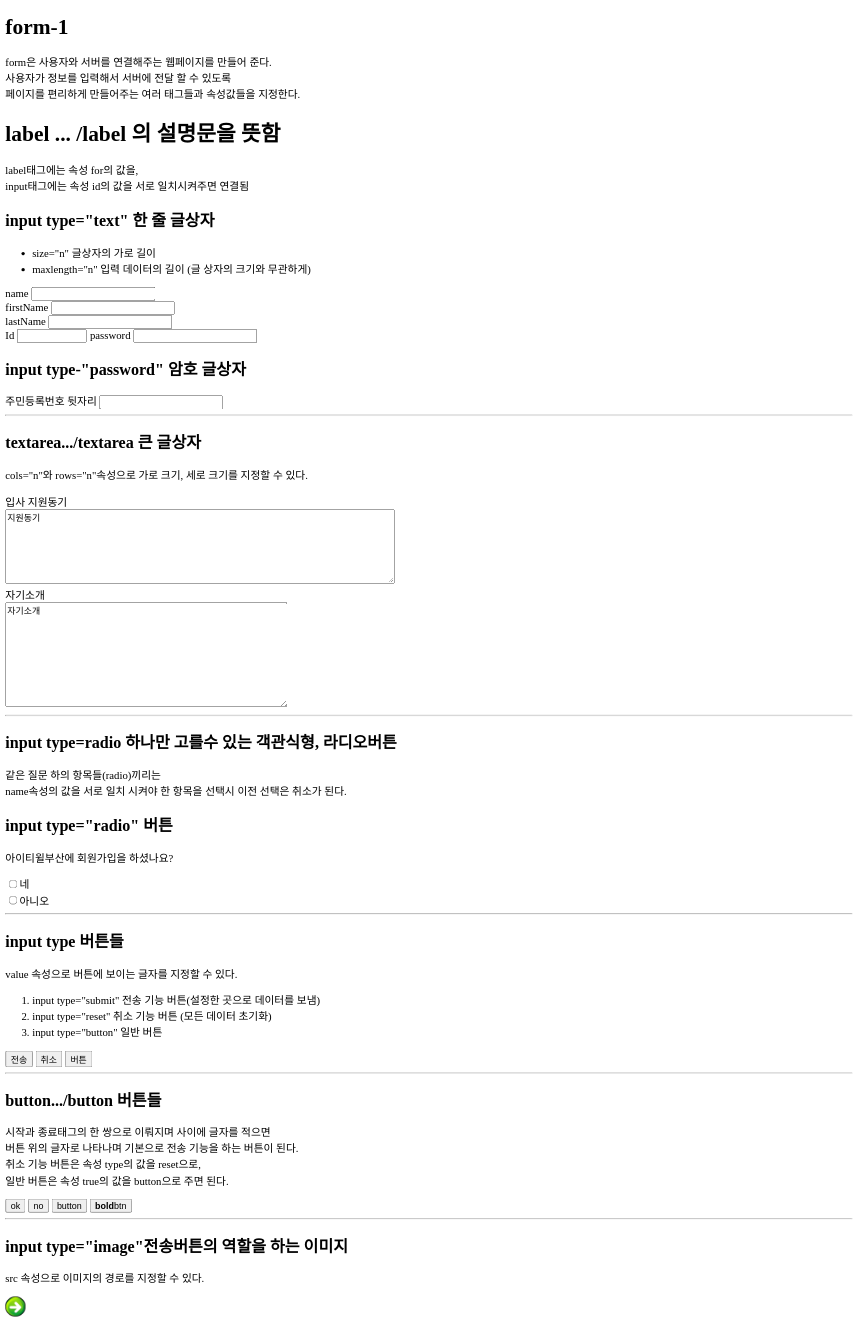
Repository: ReadStar/Web
Page: Html/html5/WebContent/form-1.html
These files come from the project's save history. The page is drawn as it stood at one moment and after the next save; the edit follows.
The browser window is 1280 px wide. The pictures show the whole page, at 67% of full size.

Above is the page before, as saved 2020-08-06 07:56:54.

After the next save:
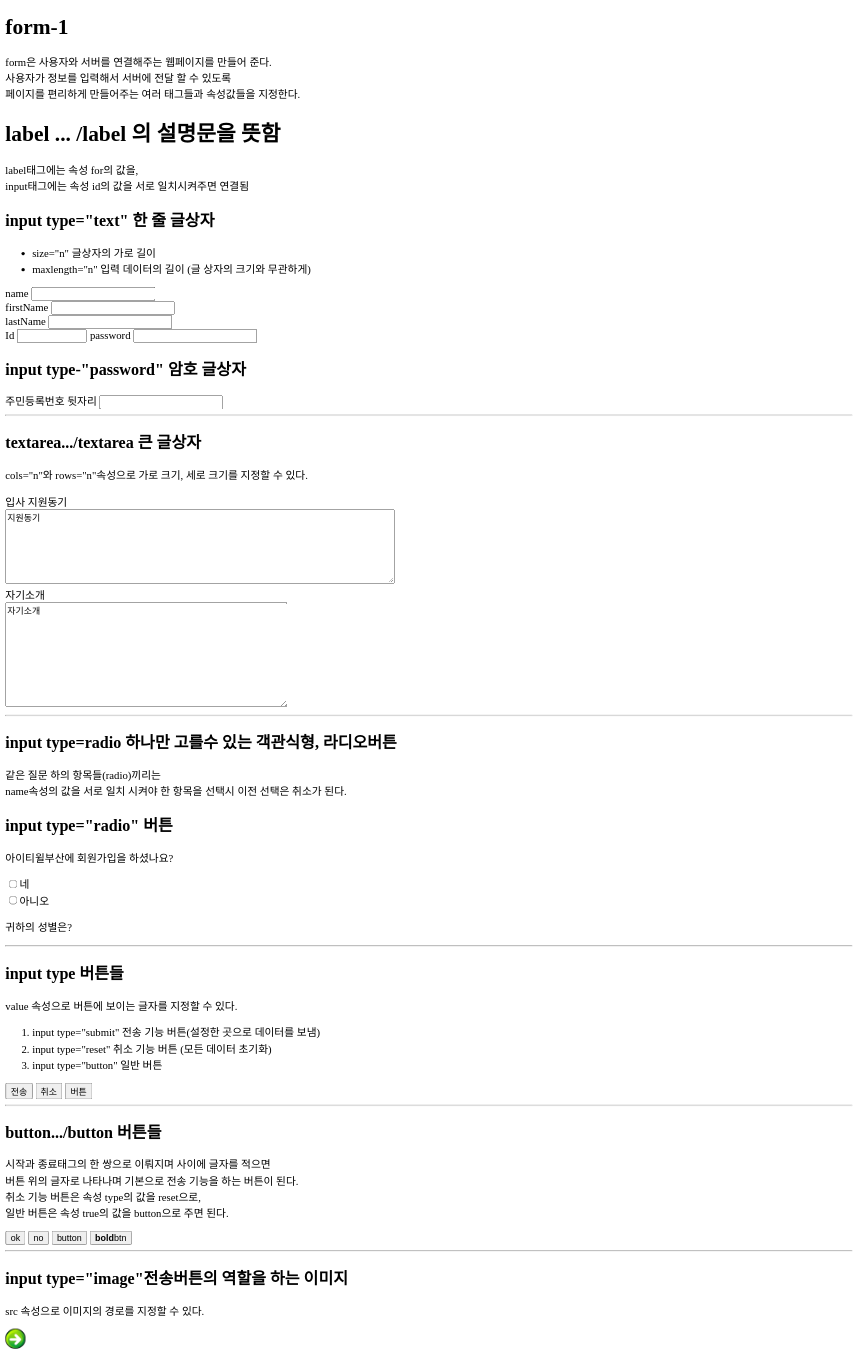
Saved 6 s later.
--- a/Html/html5/WebContent/form-1.html
+++ b/Html/html5/WebContent/form-1.html
@@ -45,7 +45,7 @@
 <label><input type="radio" name="itw-m">네</label><br>
 <label><input type="radio" name="itw-m">아니오</label>
 
-
+<p>귀하의 성별은?</p>
 
 
 <hr>
